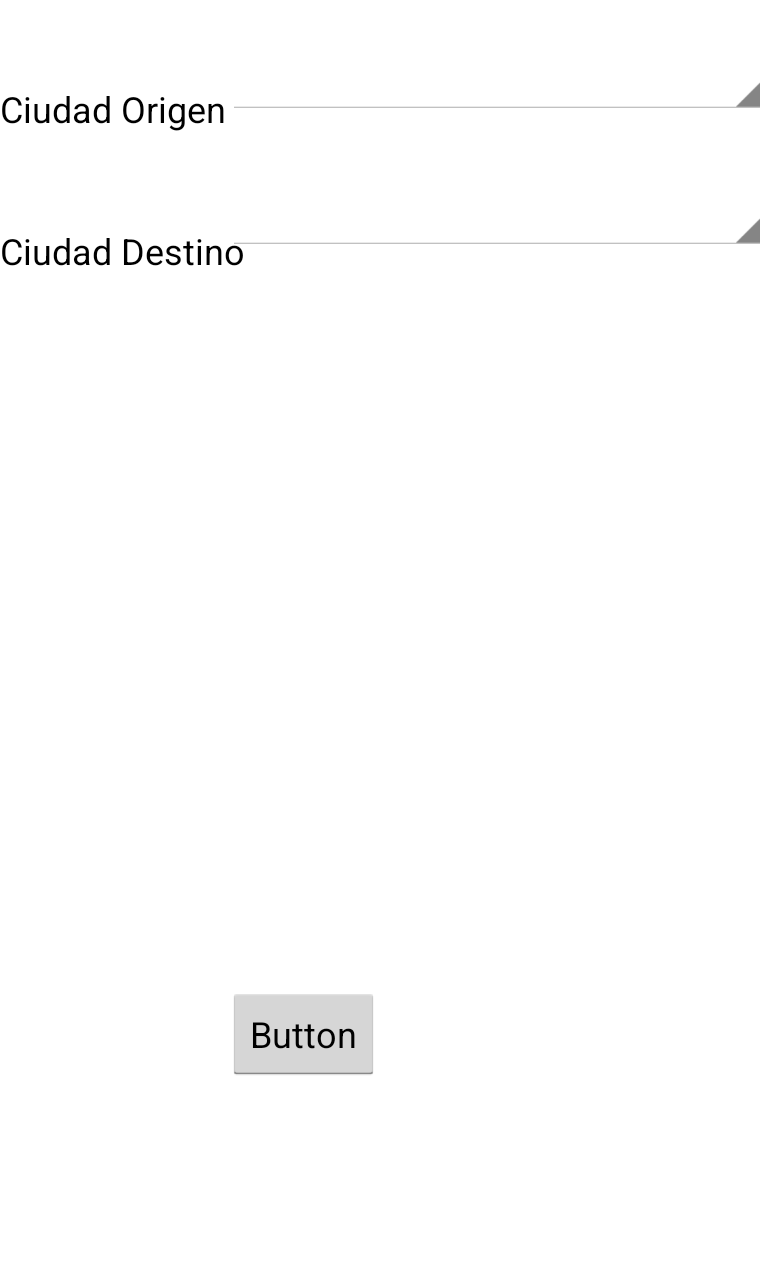
Repository: fmora/ProyectoMultimedios
Layout: MainActivity/MainActivity/res/layout/search_travel.xml
The author's editor kept a copy of each file at every save. The layout is drawn from the files as they stood at one save, then again after the next save.
It is drawn on a 768 x 1280 px phone screen (xhdpi) without system bars, with theme AppTheme; the app's code is not run.

Above is the layout before, as saved 2013-12-19 19:20:45.

### MainActivity/MainActivity/res/layout/search_travel.xml
<?xml version="1.0" encoding="utf-8"?>
<RelativeLayout xmlns:android="http://schemas.android.com/apk/res/android"
    android:layout_width="match_parent"
    android:layout_height="match_parent"
    android:orientation="vertical" >

    <Spinner
        android:id="@+id/spinner1"
        android:layout_width="match_parent"
        android:layout_height="wrap_content"
        android:layout_alignLeft="@+id/button1"
        android:layout_alignParentTop="true"
        android:layout_marginTop="26dp" />

    <Spinner
        android:id="@+id/spinner2"
        android:layout_width="match_parent"
        android:layout_height="wrap_content"
        android:layout_alignLeft="@+id/spinner1"
        android:layout_alignParentRight="true"
        android:layout_below="@+id/spinner1"
        android:layout_marginTop="36dp" />

    <TextView
        android:id="@+id/textView1"
        android:layout_width="wrap_content"
        android:layout_height="wrap_content"
        android:layout_alignParentLeft="true"
        android:layout_alignTop="@+id/spinner1"
        android:layout_marginTop="16dp"
        android:text="@string/es_source"
        android:textAppearance="?android:attr/textAppearanceMedium" />

    <TextView
        android:id="@+id/textView2"
        android:layout_width="wrap_content"
        android:layout_height="wrap_content"
        android:layout_alignParentLeft="true"
        android:layout_alignTop="@+id/spinner2"
        android:layout_marginTop="19dp"
        android:text="@string/es_destination"
        android:textAppearance="?android:attr/textAppearanceMedium" />

    <Button
        android:id="@+id/button1"
        android:layout_width="wrap_content"
        android:layout_height="wrap_content"
        android:layout_alignParentBottom="true"
        android:layout_marginBottom="99dp"
        android:layout_toRightOf="@+id/textView1"
        android:text="Button" />

</RelativeLayout>

### MainActivity/MainActivity/res/values/strings.xml
<?xml version="1.0" encoding="utf-8"?>
<resources>

    <string name="app_name">Carpooling</string>
    <string name="action_settings">Settings</string>
    <string name="hello_world">Hello world!</string>
    <string name="es_registerTravel">Por favor llenar los siguientes campos respecto a la información relativa a su viaje.</string>
    <string name="es_source">Ciudad Origen</string>
    <string name="es_destination">Ciudad Destino</string>
    <string name="es_date">Fecha</string>
    <string name="es_hour">Hora</string>
    <string name="es_sourcePoint">Punto de Partida</string>
    <string name="es_sourcePointGPS">Punto de Partida GPS</string>
    <string name="es_destinationPoint">Punto de Llegada</string>
    <string name="es_destinationPointGPS">Punto de Llegada GPS</string>
    <string name="es_register">Registrar</string>
    <string name="es_cancel">Cancelar</string>
    <string name="title_activity_register_travel">Registro de Viaje</string>
    <string name="es_registring">Registrando</string>
    <string name="es_canceling">Cancelado</string>
    <string name="es_finish">Finalizado</string>
    <string name="es_registered">Registrado</string>
    <string name="es_loaded">Datos Cargados</string>
    <string name="name">user</string>
    <string name="pass">pass</string>
    <string name="error_message">Usuario y contraseña incorrectos, por favor ingrese nuevamente.</string>
    <string name="title_activity_search__travel">Search_Travel</string>
    <string name="title_activity_search_travel">SearchTravel</string>

</resources>

Loaded but not shown: MainActivity/MainActivity/res/values/styles.xml (common file); MainActivity/MainActivity/res/values-v11/styles.xml (common file); MainActivity/MainActivity/res/values-v14/styles.xml (common file)

After the next save:
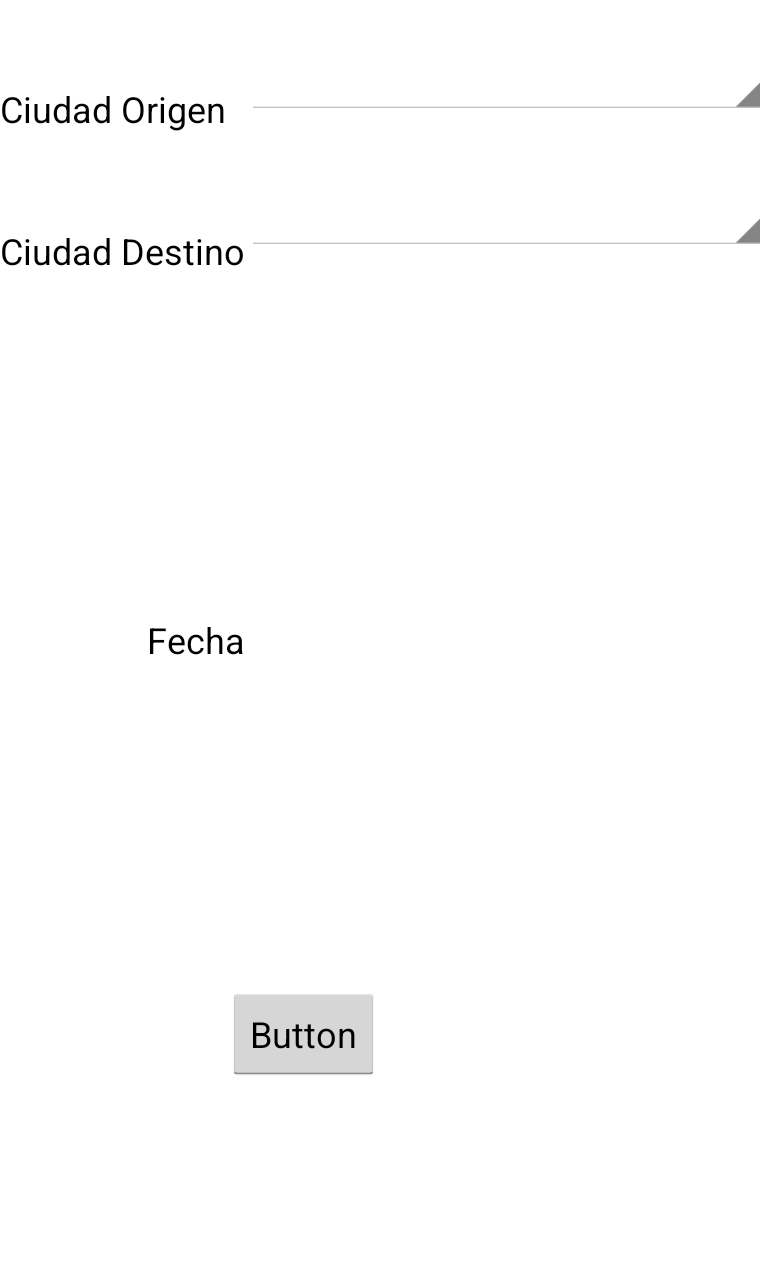
Saved 4 min 19 s later.
--- a/MainActivity/MainActivity/res/layout/search_travel.xml
+++ b/MainActivity/MainActivity/res/layout/search_travel.xml
@@ -8,7 +8,7 @@
         android:id="@+id/spinner1"
         android:layout_width="match_parent"
         android:layout_height="wrap_content"
-        android:layout_alignLeft="@+id/button1"
+        android:layout_alignLeft="@+id/spinner2"
         android:layout_alignParentTop="true"
         android:layout_marginTop="26dp" />
 
@@ -16,10 +16,10 @@
         android:id="@+id/spinner2"
         android:layout_width="match_parent"
         android:layout_height="wrap_content"
-        android:layout_alignLeft="@+id/spinner1"
         android:layout_alignParentRight="true"
         android:layout_below="@+id/spinner1"
-        android:layout_marginTop="36dp" />
+        android:layout_marginTop="36dp"
+        android:layout_toRightOf="@+id/textView2" />
 
     <TextView
         android:id="@+id/textView1"
@@ -50,4 +50,13 @@
         android:layout_toRightOf="@+id/textView1"
         android:text="Button" />
 
+    <TextView
+        android:id="@+id/TextView01"
+        android:layout_width="wrap_content"
+        android:layout_height="wrap_content"
+        android:layout_centerVertical="true"
+        android:layout_toLeftOf="@+id/spinner2"
+        android:text="@string/es_date"
+        android:textAppearance="?android:attr/textAppearanceMedium" />
+
 </RelativeLayout>
